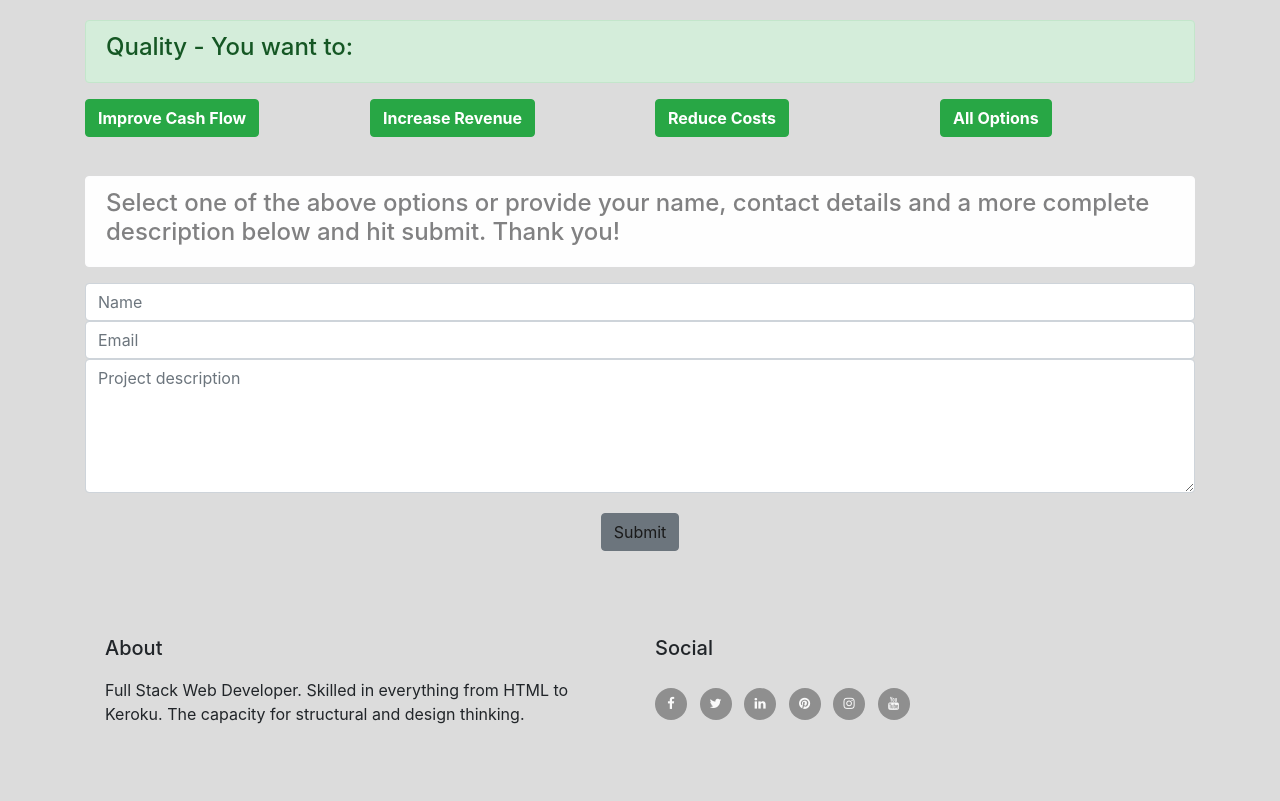
Repository: Code-Institute-Submissions/tenerim-milestone1
Page: Quality.html
The author's editor kept a record of every edit. The page is drawn from the files as they stood at one moment, then again after the next edit.
The browser window is 1280 px wide. The pictures show the whole page.

Above is the page before.

After the next edit:
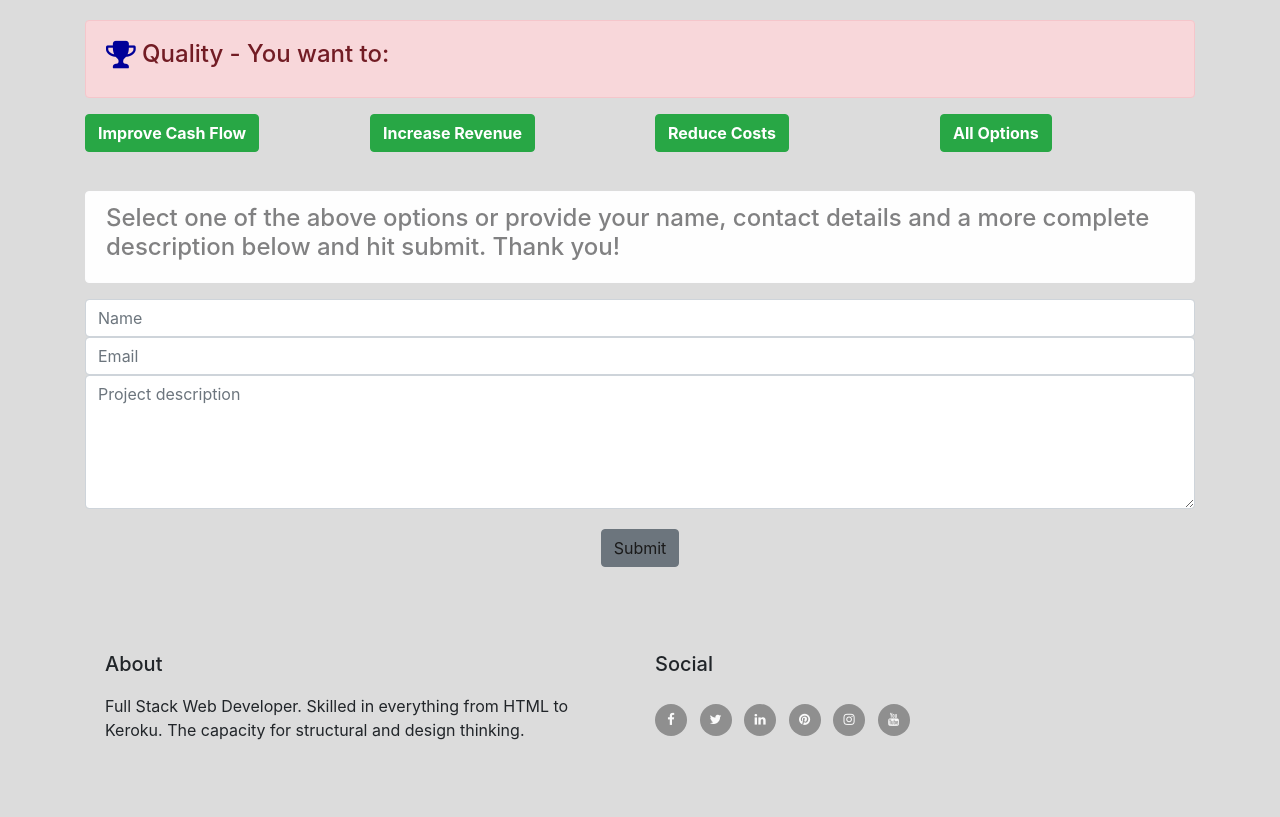
The edit:
--- a/Quality.html
+++ b/Quality.html
@@ -24,8 +24,8 @@
 
             <div class="row">
                 <div class="col-sm-12">
-                    <div class="alert alert-success" role="alert">
-                        <h4 class="alert-heading">Quality - You want to:</h4>
+                    <div class="alert alert-danger" role="alert">
+                        <h4 class="alert-heading"><i class="fa fa-trophy fa-lg"aria-hidden="true"></i> Quality - You want to:</h4>
                     </div>
                 </div>
             </div>
